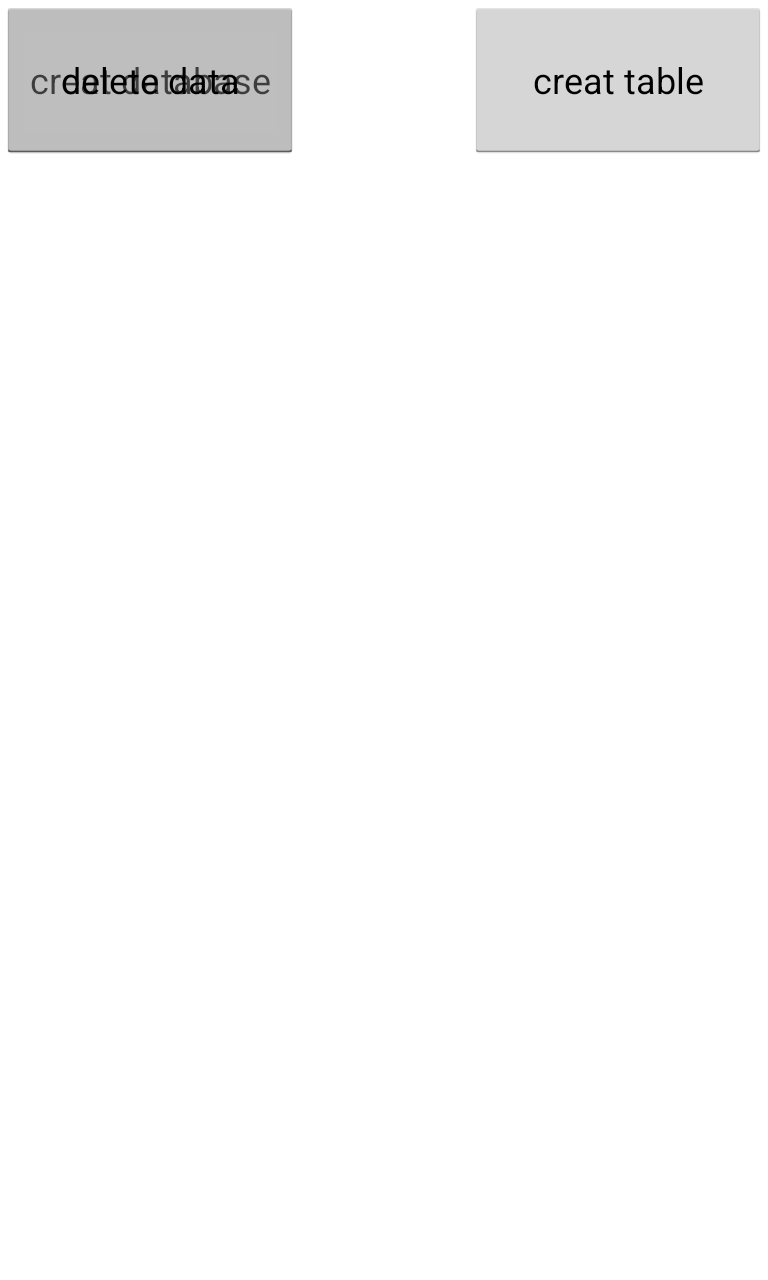
Repository: GuardLDW/HERO
Layout: GuardLDW/res/layout/db.xml
These files come from the project's save history. The layout is drawn as it stood at one moment and after the next save; the edit follows.
It is drawn on a 768 x 1280 px phone screen (xhdpi) without system bars, with theme AppTheme; the app's code is not run.

Above is the layout before, as saved 2016-11-03 07:23:54.

### GuardLDW/res/layout/db.xml
<?xml version="1.0" encoding="UTF-8"?>
<RelativeLayout xmlns:android="http://schemas.android.com/apk/res/android"
    android:layout_width="match_parent"
    android:layout_height="match_parent"
    android:orientation="vertical" >

    <Button
        android:id="@+id/button_creatDB"
        android:layout_width = "150dp"
        android:layout_height = "80dp"
        android:text="creat database">

    </Button>

    <Button
        android:id="@+id/button_creatTable"
        android:layout_width="150dp"
        android:layout_height="80dp"
        android:layout_alignParentRight="true"
        android:layout_alignParentTop="true"
        android:text="creat table" />

    <Button
        android:id="@+id/button_deleteData"
        android:layout_width = "150dp"
        android:layout_height = "80dp"
        android:text="delete data">

    </Button>

    </RelativeLayout>

Loaded but not shown: GuardLDW/res/values/styles.xml (common file); GuardLDW/res/values-v11/styles.xml (common file); GuardLDW/res/values-v14/styles.xml (common file)

After the next save:
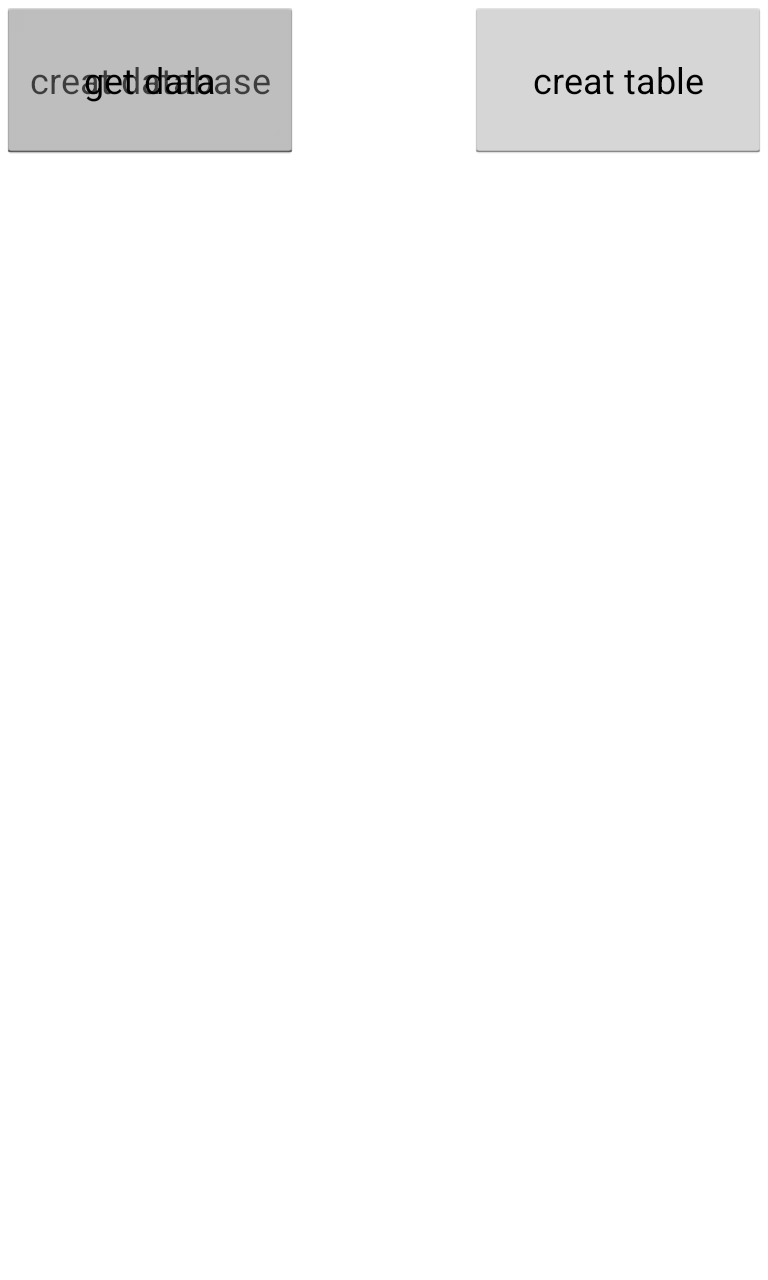
Saved 2 min 0 s later.
--- a/GuardLDW/res/layout/db.xml
+++ b/GuardLDW/res/layout/db.xml
@@ -21,10 +21,10 @@
         android:text="creat table" />
 
     <Button
-        android:id="@+id/button_deleteData"
+        android:id="@+id/button_getData"
         android:layout_width = "150dp"
         android:layout_height = "80dp"
-        android:text="delete data">
+        android:text="get data">
 
     </Button>
 
